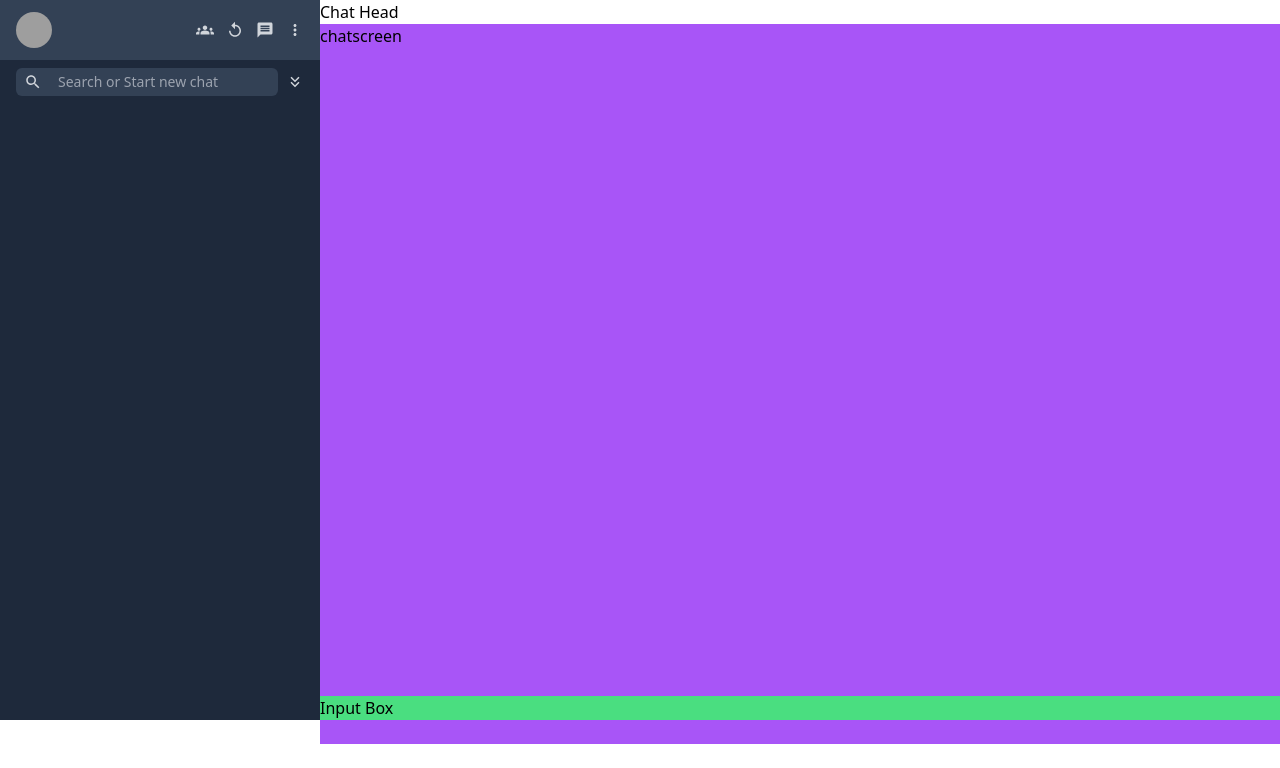
Repository: theanmol-raj/whatsapp
Page: /
These files come from the project's save history. The page is drawn as it stood at one moment and after the next save; the edit follows.
The browser window is 1280 px wide. The pictures show the whole page.
Pictures or frames that could not be fetched are drawn as grey boxes. The project was rebuilt for these pictures with package versions that can differ from the ones it lists, and the page was loaded fresh each time.

Above is the page before, as saved 2022-12-03 21:56:34.

### src/index.js
import React from 'react';
import ReactDOM from 'react-dom/client';
import './index.css';
import App from './App';






const root = ReactDOM.createRoot(document.getElementById('root'));

root.render(
  <App />
);

### src/App.js
import Homescreen from "./Screens/Homescreen";

function App() {

  return (
    <div className="h-screen w-screen bg-slate-900">
      <Homescreen />
      {/* LoginScreen */}
    </div>
  );
}

export default App;

### src/Screens/Homescreen.jsx
import React from 'react'
import ChatScreen from '../Components/ChatScreen'
import ContactList from '../Components/ContactList'

function Homescreen() {
  return (
    <div className=' w-full max-w-[95rem] grid grid-cols-4 h-screen bg-red-500 mx-auto'>
        {/* Contact List */}
            <ContactList />
        {/* Message Box */}
            <ChatScreen />

    </div>
  )
}

export default Homescreen

### src/Components/ChatScreen.jsx
import React from 'react'

function ChatScreen() {
  return (
    <div className=' bg-yellow-400 col-span-3 relative'>
        <div className=' w-full bg-white sticky top-0'>
                Chat Head
        </div>
        <div className=' h-full bg-purple-500'>
                chatscreen
        </div>
        <div className=' w-full sticky bottom-0 bg-green-400'>
                Input Box
        </div>
    </div>
  )
}

export default ChatScreen

### src/Components/ContactList.jsx
import React from 'react'
import GroupsIcon from '@mui/icons-material/Groups';
import ReplayIcon from '@mui/icons-material/Replay';
import MessageIcon from '@mui/icons-material/Message';
import MoreVertIcon from '@mui/icons-material/MoreVert';
import KeyboardDoubleArrowDownIcon from '@mui/icons-material/KeyboardDoubleArrowDown';
import SearchIcon from '@mui/icons-material/Search';


function ContactList() {
  return (
    <div className=' bg-slate-800'>
      <div className=' flex justify-between items-center p-3 px-4 bg-slate-700'>
        <img className=' rounded-full h-9 w-9' alt='' src="https://pps.whatsapp.net/v/t61.24694-24/158723607_419193396439292_5955373819812020282_n.jpg?stp=dst-jpg_s96x96&ccb=11-4&oh=01_AdRKjHR9ktMhs2HrAksQulr5trvWOTtpB53hlyDh0ZECbw&oe=63986EC2" />
        <div className=' flex text-gray-300 text-lg space-x-3'>
          <GroupsIcon fontSize='inherit' />
          <ReplayIcon fontSize='inherit' />
          <MessageIcon fontSize='inherit' />
          <MoreVertIcon fontSize='inherit' />
        </div>

      </div>
      <div className=' flex items-center text-gray-300 px-4 py-2 text-lg space-x-2'>
        <div className='flex items-center w-full bg-slate-700 space-x-4 px-2 py-1 rounded-md'>
          <SearchIcon fontSize='inherit' />
          <input placeholder='Search or Start new chat' className=' bg-transparent text-sm w-full' />
        </div>
        <KeyboardDoubleArrowDownIcon fontSize='inherit' />

      </div>

    </div>
  )
}

export default ContactList

Loaded but not shown: public/index.html (common file); src/index.css (common file); tailwind.config.js (common file)

After the next save:
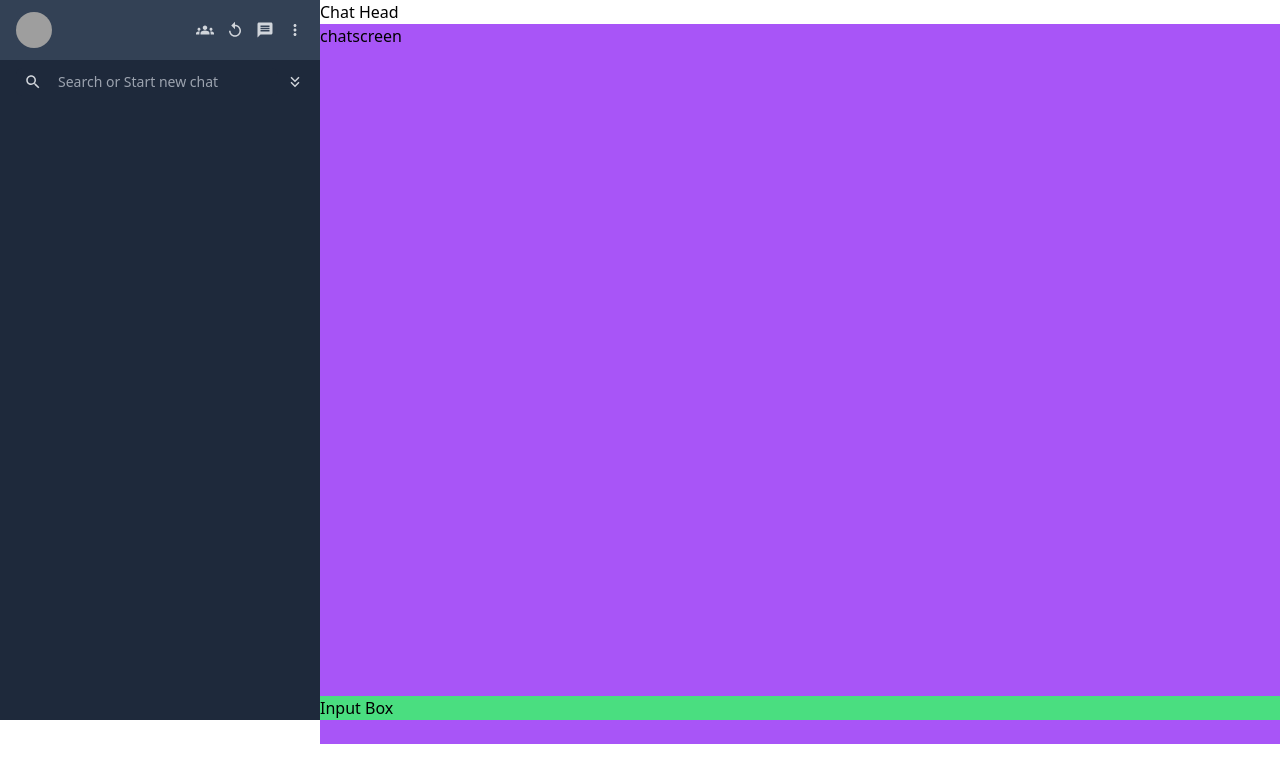
Saved 20 s later.
--- a/src/Components/ContactList.jsx
+++ b/src/Components/ContactList.jsx
@@ -21,7 +21,7 @@
 
       </div>
       <div className=' flex items-center text-gray-300 px-4 py-2 text-lg space-x-2'>
-        <div className='flex items-center w-full bg-slate-700 space-x-4 px-2 py-1 rounded-md'>
+        <div className='flex items-center w-full bg-slate-800 space-x-4 px-2 py-1 rounded-md'>
           <SearchIcon fontSize='inherit' />
           <input placeholder='Search or Start new chat' className=' bg-transparent text-sm w-full' />
         </div>

After the save that followed:
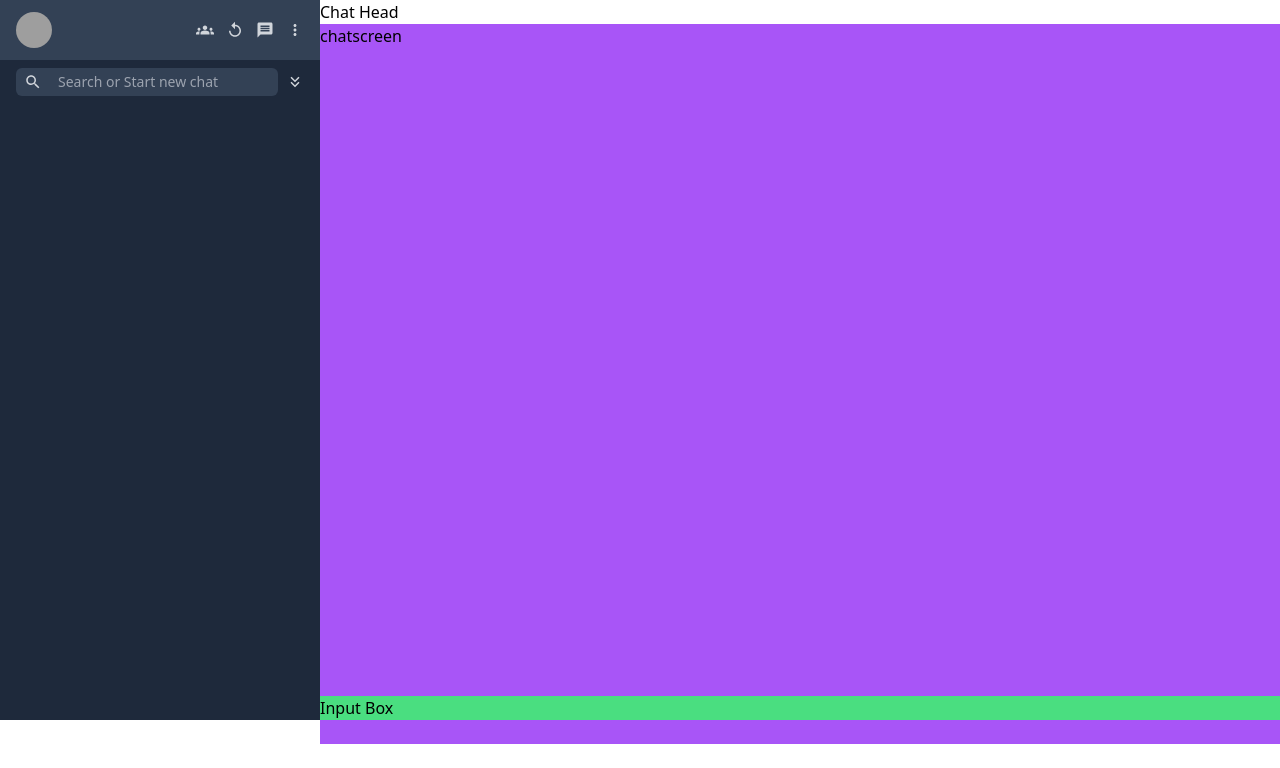
Saved 7 s later.
--- a/src/Components/ContactList.jsx
+++ b/src/Components/ContactList.jsx
@@ -21,7 +21,7 @@
 
       </div>
       <div className=' flex items-center text-gray-300 px-4 py-2 text-lg space-x-2'>
-        <div className='flex items-center w-full bg-slate-800 space-x-4 px-2 py-1 rounded-md'>
+        <div className='flex items-center w-full bg-slate-700 space-x-4 px-2 py-1 rounded-md'>
           <SearchIcon fontSize='inherit' />
           <input placeholder='Search or Start new chat' className=' bg-transparent text-sm w-full' />
         </div>
